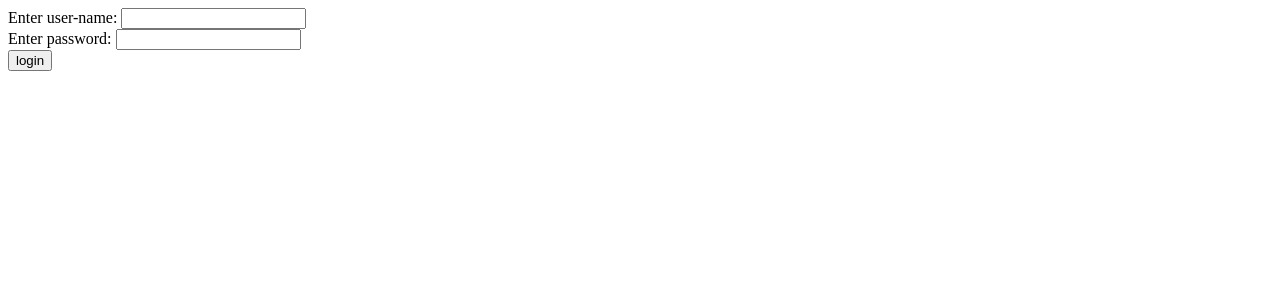
Repository: TheSonett/Java
Page: http://localhost/Login_System/login.jsp
An editor plug-in stored every save of this project. The page is shown before and after the next save, followed by the edit.
The browser window is 1280 px wide. The pictures show the whole page.
The page is served by Tomcat 10.

Above is the page before, as saved 2023-08-01 07:27:01.

After the next save:
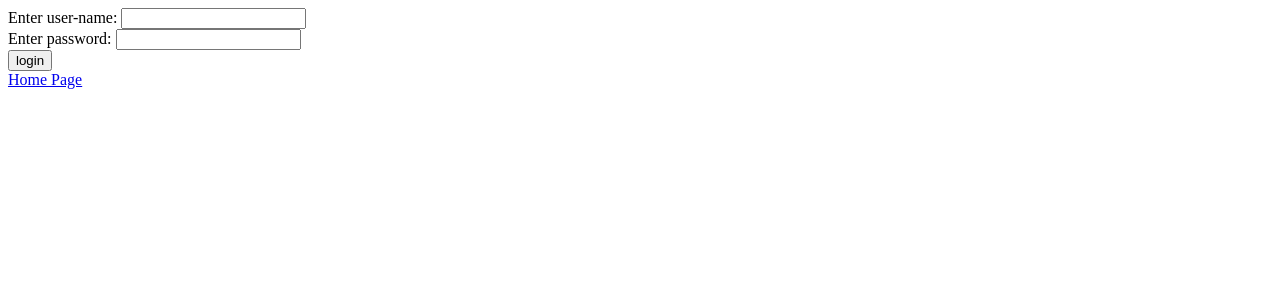
Saved 5 s later.
--- a/Java Servlet/Login System/src/main/webapp/login.jsp
+++ b/Java Servlet/Login System/src/main/webapp/login.jsp
@@ -12,5 +12,6 @@
 		Enter password: <input type="password" name="password"><br>
 		<input type="submit" value="login">
 	</form>
+	<a href="index.jsp">Home Page</a>
 </body>
 </html>
